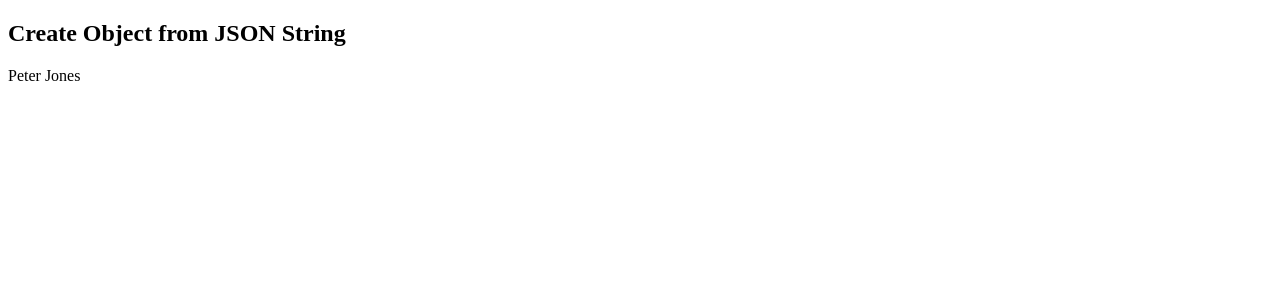
Repository: AdityaParashar93/Homework1_CMPE273
Page: CMPE273/Refresher_JS/WebContent/Json.html
The author's editor kept a copy of each file at every save. The page is drawn from the files as they stood at one save, then again after the next save.
The browser window is 1280 px wide. The pictures show the whole page.

Above is the page before, as saved 2016-09-16 21:00:40.

### CMPE273/Refresher_JS/WebContent/Json.html
<!DOCTYPE html>
<html>
<body>

<h2>Create Object from JSON String</h2>

<p id="demo"></p>

<script>
var text = '{"employees":[' +
'{"firstName":"John","lastName":"Doe" },' +
'{"firstName":"Anna","lastName":"Smith" },' +
'{"firstName":"Peter","lastName":"Jones" }]}';

obj = JSON.parse(text);
document.getElementById("demo").innerHTML =
obj.employees[2].firstName + " " + obj.employees[2].lastName;
</script>

</body>
</html>

After the next save:
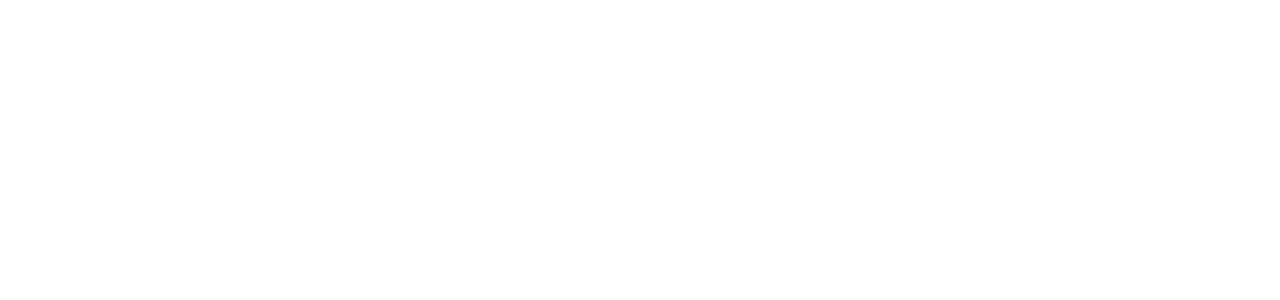
Console error: TypeError: Cannot read properties of undefined (reading '2')
Saved 33 s later.
--- a/CMPE273/Refresher_JS/WebContent/Json.html
+++ b/CMPE273/Refresher_JS/WebContent/Json.html
@@ -2,12 +2,10 @@
 <html>
 <body>
 
-<h2>Create Object from JSON String</h2>
-
 <p id="demo"></p>
 
 <script>
-var text = '{"employees":[' +
+var text = '{"Student ":[' +
 '{"firstName":"John","lastName":"Doe" },' +
 '{"firstName":"Anna","lastName":"Smith" },' +
 '{"firstName":"Peter","lastName":"Jones" }]}';

After the 5 saves that followed:
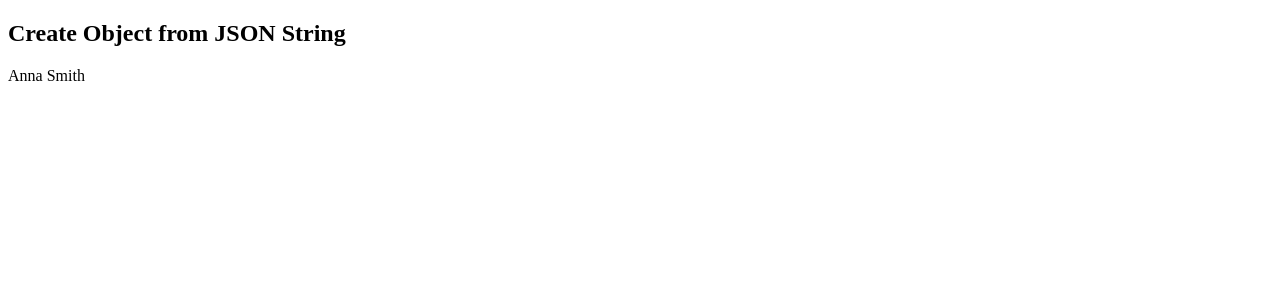
The error is gone.
The 5 saves are shown as one change because 4 left the picture as it was.
The last was saved 10 min 10 s later.
--- a/CMPE273/Refresher_JS/WebContent/Json.html
+++ b/CMPE273/Refresher_JS/WebContent/Json.html
@@ -2,17 +2,19 @@
 <html>
 <body>
 
+<h2>Create Object from JSON String</h2>
+
 <p id="demo"></p>
 
 <script>
-var text = '{"Student ":[' +
+var text = '{"employees":[' +
 '{"firstName":"John","lastName":"Doe" },' +
 '{"firstName":"Anna","lastName":"Smith" },' +
 '{"firstName":"Peter","lastName":"Jones" }]}';
 
 obj = JSON.parse(text);
 document.getElementById("demo").innerHTML =
-obj.employees[2].firstName + " " + obj.employees[2].lastName;
+obj.employees[1].firstName + " " + obj.employees[1].lastName;
 </script>
 
 </body>
